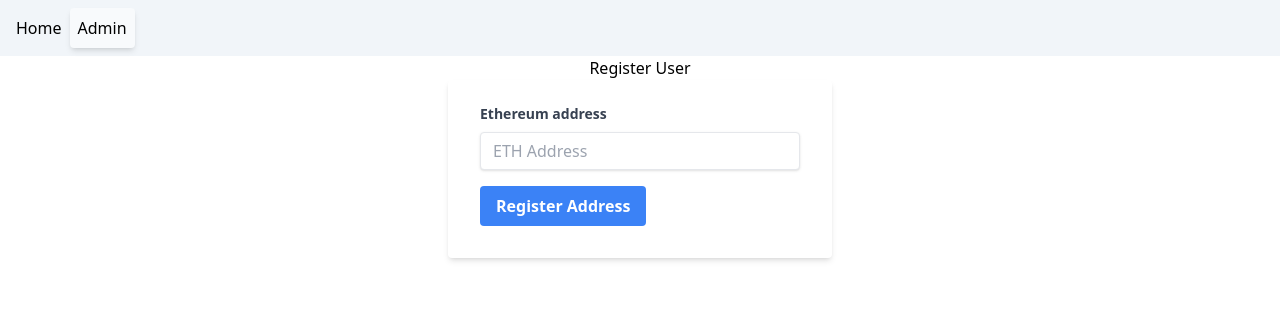
Repository: mavidev93/votting-app
Page: /admin
These files come from the project's save history. The page is drawn as it stood at one moment and after the next save; the edit follows.
The browser window is 1280 px wide. The pictures show the whole page.
The project was rebuilt for these pictures with package versions that can differ from the ones it lists, and the page was loaded fresh each time. Also part of the build but not shown: src/Components/ProposalsBoard/ProposalsBoard.tsx, src/Components/SendProposal/SendProposal.tsx, src/pages/Home/Home.tsx.

Above is the page before, as saved 2022-02-26 18:20:51.

### src/index.tsx
import React from "react";
import ReactDOM from "react-dom";
import "./index.css";
import App from "./App";
import reportWebVitals from "./reportWebVitals";

//third party
import { BrowserRouter } from "react-router-dom";

//app
import MainRoute from "./Rooter/MainRoute";
ReactDOM.render(
  <React.StrictMode>
    <BrowserRouter>
      <MainRoute />
    </BrowserRouter>
  </React.StrictMode>,
  document.getElementById("root")
);

// If you want to start measuring performance in your app, pass a function
// to log results (for example: reportWebVitals(console.log))
// or send to an analytics endpoint. Learn more: https://bit.ly/CRA-vitals
reportWebVitals();

### src/Rooter/MainRoute.tsx
//react
import React, { lazy, Suspense } from "react";
import { Routes, Route } from "react-router-dom";

//app
import App from "../App";
import Home from "../pages/Home/Home";
//Routing

const Admin = lazy(() => import("../pages/Admin/Admin"));

//Routes
// let routes = [{url:"/",component:App},{url:'admin',component:Admin}]

function MainRoute() {
  return (
    <Routes>
      <Route path="/" element={<App />}>
        <Route path="/" element={<Home />}></Route>
        <Route
          path="admin"
          element={
            <Suspense fallback={<div>loading ...</div>}>
              <Admin />
            </Suspense>
          }
        />
      </Route>
    </Routes>
  );
}

export default MainRoute;

### src/App.tsx
//React
import React from "react";

//app
import SendProposal from "./Components/SendProposal/SendProposal";
//third party
import { NavLink, Outlet } from "react-router-dom";
function App() {
  let navLinkClassNames = "p-2  rounded inline-block ";
  let activeNavLinkClassNames = "shadow-md bg-slate-50";
  return (
    <div className="App">
      <nav className="bg-slate-100 p-2">
        <NavLink
          // className={(isActive) => `${isActive ? "bg-slate-300" : "bg-black	"}`}
          className={({ isActive }) =>
            navLinkClassNames + (isActive ? activeNavLinkClassNames : "")
          }
          to="/"
          end
        >
          Home
        </NavLink>
        <NavLink
          end
          // className={(isActive) => `${isActive ? "bg-slate-300" : "bg-black	"}`}
          className={({ isActive }) =>
            navLinkClassNames + (isActive ? activeNavLinkClassNames : "")
          }
          to="admin"
        >
          {" "}
          Admin
        </NavLink>
      </nav>

      <Outlet />
    </div>
  );
}

export default App;

### src/pages/Admin/Admin.tsx
//app
import RegisterUser from "../../Components/RegisterUser/RegisterUser";

function Admin() {
  return (
    <>
      <RegisterUser />
    </>
  );
}

export default Admin;

### src/Components/RegisterUser/RegisterUser.tsx
//react
import { useState } from "react";

//Third Party
import { Contract, ethers } from "ethers";

//App Contract
import VotingProposals from "../../artifacts/contracts/VotingProposals.sol/VotingProposals.json";

//get around window type
declare const window: any;

//contract address
const votingProposalsAddress = "0x5FbDB2315678afecb367f032d93F642f64180aa3";

function RegisterUser() {
  //local state
  const [addressVal, setAddressVal] = useState("");

  //events
  const handleRegister = async (event) => {
    event.preventDefault();
    console.log(ethers.utils.isAddress(addressVal));
    if (ethers.utils.isAddress(addressVal)) {
      const provider = new ethers.providers.Web3Provider(window.ethereum);

      //request from metamask to user account
      await provider.send("eth_requestAccounts", []);

      const signer = provider.getSigner();

      const votingProposalsWithSigner = new ethers.Contract(
        votingProposalsAddress,
        VotingProposals.abi,
        signer
      );

      console.log(votingProposalsWithSigner);
      const recept = await votingProposalsWithSigner.registerUser(addressVal);
      recept.wait();
      console.log(recept);
    }
  };

  const handleAddress = (event) => {
    setAddressVal(event.target.value);
  };

  return (
    <div>
      <div className="w-64 md:w-64 lg:w-96 mx-auto">
        <h2 className="text-center">Register User</h2>
        <form
          onSubmit={handleRegister}
          className="bg-white shadow-md rounded px-8 pt-6 pb-8 mb-4"
        >
          <div className="mb-4">
            <label
              className="block text-gray-700 text-sm font-bold mb-2"
              htmlFor="username"
            >
              Ethereum address
            </label>
            <input
              className="shadow appearance-none border rounded w-full py-2 px-3 text-gray-700 leading-tight focus:outline-none focus:shadow-outline"
              id="username"
              type="text"
              placeholder="ETH Address"
              value={addressVal}
              onChange={handleAddress}
            />
          </div>

          <div className="flex items-center justify-between">
            <button
              className="bg-blue-500 hover:bg-blue-700 text-white font-bold py-2 px-4 rounded focus:outline-none focus:shadow-outline"
              type="submit"
            >
              Register Address
            </button>
          </div>
        </form>
      </div>
    </div>
  );
}

export default RegisterUser;

### tailwind.config.js
module.exports = {
  content: ["./src/**/*.{js,jsx,ts,tsx}"],
  theme: {
    minWidth: {
      "1/2": "50%",
    },
    extend: {},
  },
  plugins: [],
};

Loaded but not shown: public/index.html (common file); src/index.css (common file); src/reportWebVitals.ts (common file); src/artifacts/contracts/VotingProposals.sol/VotingProposals.json (323 lines, source omitted)

After the next save:
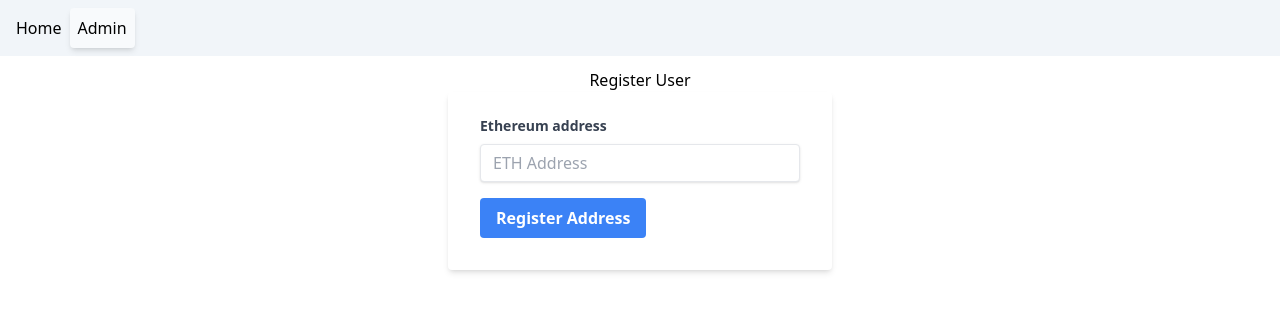
Saved 10 s later.
--- a/src/Components/RegisterUser/RegisterUser.tsx
+++ b/src/Components/RegisterUser/RegisterUser.tsx
@@ -49,7 +49,7 @@ function RegisterUser() {
   return (
     <div>
       <div className="w-64 md:w-64 lg:w-96 mx-auto">
-        <h2 className="text-center">Register User</h2>
+        <h2 className="text-center mt-3">Register User</h2>
         <form
           onSubmit={handleRegister}
           className="bg-white shadow-md rounded px-8 pt-6 pb-8 mb-4"
